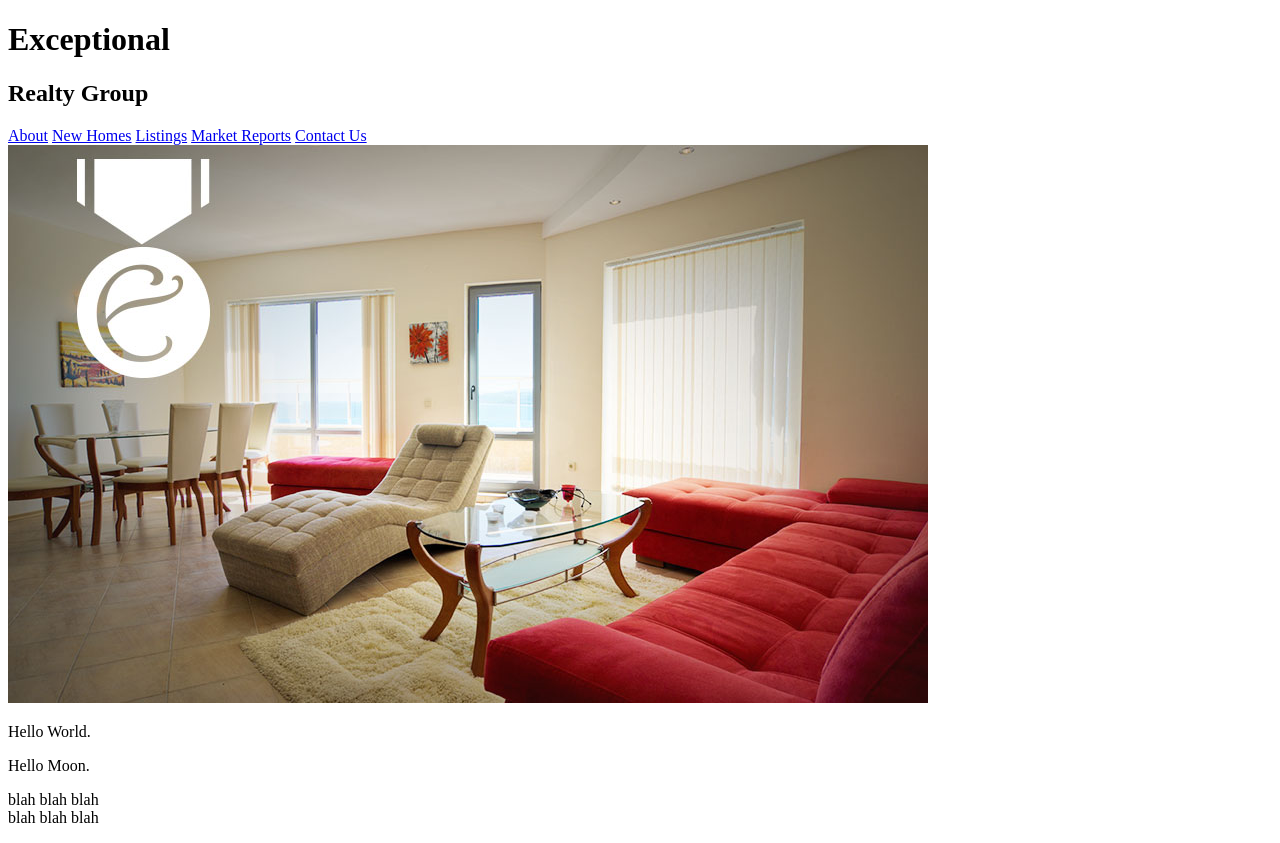
Repository: zjohn9379/exceptional-realty
Page: index.html
The author's editor kept a record of every edit. The page is drawn from the files as they stood at one moment, then again after the next edit.
The browser window is 1280 px wide. The pictures show the whole page.

Above is the page before.

After the next edit:
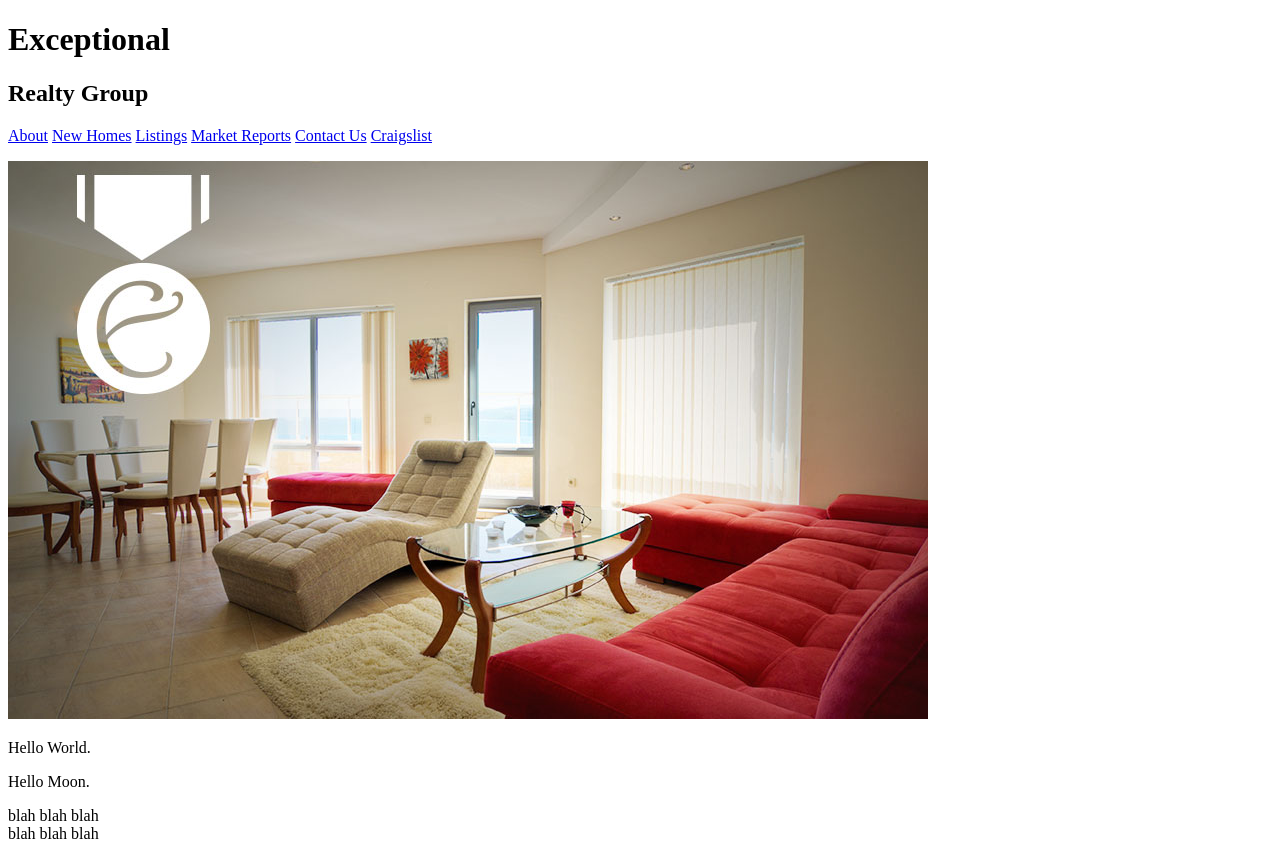
The edit:
--- a/index.html
+++ b/index.html
@@ -18,6 +18,8 @@
         <a href="real-estate-listings.html">Listings</a>
         <a href="market-report.html">Market Reports</a>
         <a href="contact.html">Contact Us</a>
+        <a href="http://www.craiglist.com">Craigslist</a>
+        </p>
 
         <img src="images/intro-pic.jpg" alt="A beautiful living room." title="Welcome!">
 
